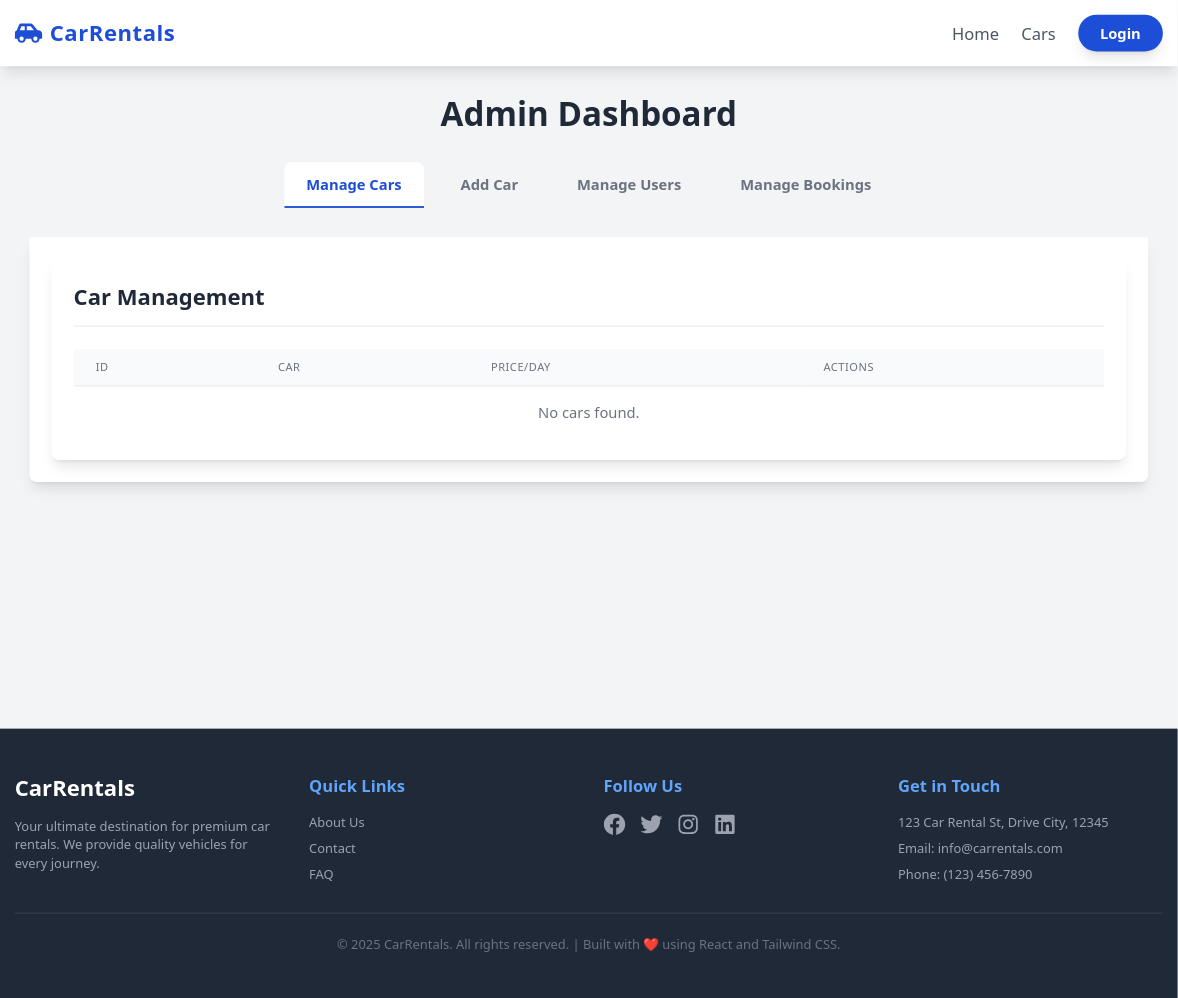
Repository: Daehy-peels/car-rental-app
Page: /admin (app in client/)
An editor plug-in stored every save of this project. The page is shown before and after the next save, followed by the edit.
The browser window is 1280 px wide. The pictures show the whole page, at 92% of full size.
The page's requests for data from a server got no answer. The project was rebuilt for these pictures with package versions that can differ from the ones it lists, and the page was loaded fresh each time. No one was signed in, and anything a server would have sent is missing. Also part of the build but not shown: client/vite.config.js, client/src/components/Hero.jsx, client/src/components/CarCard.jsx, client/src/components/CarReviews.jsx, client/src/components/CarDetail.jsx, client/src/components/FeaturedCars.jsx, client/src/components/Testimonials.jsx, client/src/components/CallToAction.jsx and 11 more.

Above is the page before, as saved 2025-08-24 13:35:34.

After the next save:
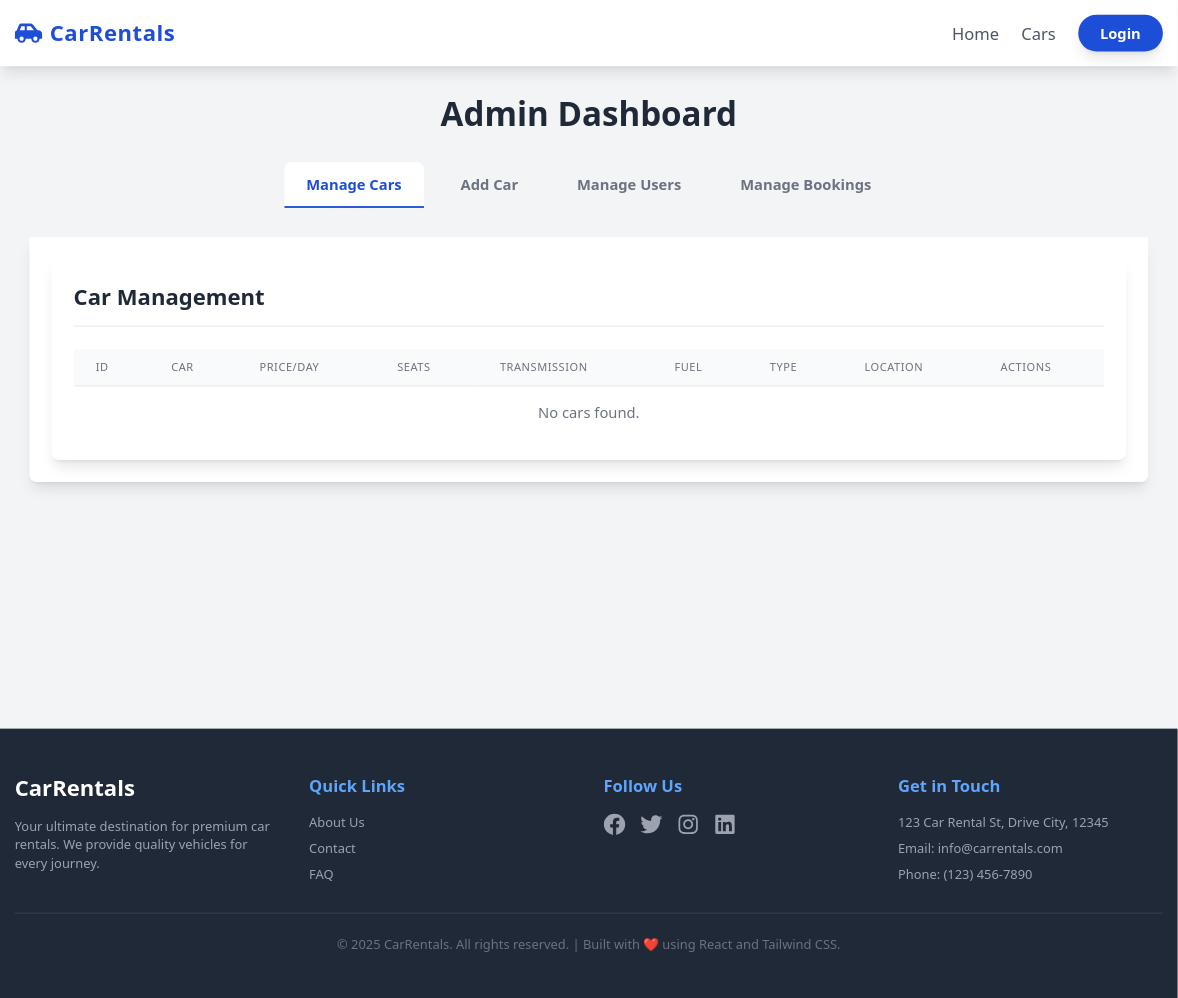
Saved 4 min 44 s later.
--- a/client/src/components/CarList.jsx
+++ b/client/src/components/CarList.jsx
@@ -1,6 +1,16 @@
 // src/components/CarList.jsx
 import React, { useState, useEffect } from "react";
-import { FaEdit, FaTrash, FaCarSide, FaTimes } from "react-icons/fa";
+import {
+  FaEdit,
+  FaTrash,
+  FaCarSide,
+  FaTimes,
+  FaUsers,
+  FaGasPump,
+  FaCog,
+  FaCar,
+  FaMapMarkerAlt,
+} from "react-icons/fa";
 import { fetchCars, deleteCar, updateCar } from "../services/api";
 import { toast } from "react-toastify";
 
@@ -33,10 +43,10 @@ const CarList = () => {
     if (window.confirm("Are you sure you want to delete this car?")) {
       try {
         await deleteCar(carId);
-        toast.success("Car deleted successfully!"); // Changed from alert()
+        toast.success("Car deleted successfully!");
         getCars();
       } catch (err) {
-        toast.error("Failed to delete the car."); // Changed from alert()
+        toast.error("Failed to delete the car.");
       }
     }
   };
@@ -52,15 +62,14 @@ const CarList = () => {
   const handleUpdate = async (updatedData) => {
     try {
       await updateCar(editingCar.car_id, updatedData);
-      toast.success("Car updated successfully!"); // Changed from alert()
+      toast.success("Car updated successfully!");
       setEditingCar(null);
       getCars();
     } catch (err) {
-      toast.error("Failed to update car."); // Changed from alert()
+      toast.error("Failed to update car.");
     }
   };
 
-  // Inline component for editing the car
   const CarEditForm = ({ car, onUpdate, onCancel }) => {
     const [formData, setFormData] = useState(car);
 
@@ -88,26 +97,32 @@ const CarList = () => {
           </button>
         </div>
         <form onSubmit={handleSubmit} className="space-y-4">
-          {Object.keys(formData).map((key) => (
-            <div key={key}>
-              <label
-                htmlFor={key}
-                className="block text-sm font-medium text-gray-700 capitalize"
-              >
-                {key.replace("_", " ")}
-              </label>
-              <input
-                type={
-                  key === "price_per_day" || key === "year" ? "number" : "text"
-                }
-                id={key}
-                name={key}
-                value={formData[key]}
-                onChange={handleChange}
-                className="mt-1 block w-full p-2 border border-gray-300 rounded-md shadow-sm focus:ring-primary focus:border-primary"
-              />
-            </div>
-          ))}
+          {Object.keys(formData).map((key) => {
+            if (key === "car_id" || key === "is_available") return null; // Exclude these fields from the form
+
+            return (
+              <div key={key}>
+                <label
+                  htmlFor={key}
+                  className="block text-sm font-medium text-gray-700 capitalize"
+                >
+                  {key.replace("_", " ")}
+                </label>
+                <input
+                  type={
+                    key === "price_per_day" || key === "year" || key === "seats"
+                      ? "number"
+                      : "text"
+                  }
+                  id={key}
+                  name={key}
+                  value={formData[key]}
+                  onChange={handleChange}
+                  className="mt-1 block w-full p-2 border border-gray-300 rounded-md shadow-sm focus:ring-primary focus:border-primary"
+                />
+              </div>
+            );
+          })}
           <div className="flex justify-end space-x-2">
             <button
               type="submit"
@@ -137,7 +152,6 @@ const CarList = () => {
     );
   }
 
-  // Conditionally render the edit form or the car list
   return (
     <div>
       {editingCar ? (
@@ -165,6 +179,21 @@ const CarList = () => {
                     Price/Day
                   </th>
                   <th className="px-6 py-3 text-left text-xs font-medium text-gray-500 uppercase tracking-wider">
+                    Seats
+                  </th>
+                  <th className="px-6 py-3 text-left text-xs font-medium text-gray-500 uppercase tracking-wider">
+                    Transmission
+                  </th>
+                  <th className="px-6 py-3 text-left text-xs font-medium text-gray-500 uppercase tracking-wider">
+                    Fuel
+                  </th>
+                  <th className="px-6 py-3 text-left text-xs font-medium text-gray-500 uppercase tracking-wider">
+                    Type
+                  </th>
+                  <th className="px-6 py-3 text-left text-xs font-medium text-gray-500 uppercase tracking-wider">
+                    Location
+                  </th>
+                  <th className="px-6 py-3 text-left text-xs font-medium text-gray-500 uppercase tracking-wider">
                     Actions
                   </th>
                 </tr>
@@ -187,6 +216,21 @@ const CarList = () => {
                       </td>
                       <td className="px-6 py-4 whitespace-nowrap text-sm text-gray-700">
                         ${car.price_per_day}
+                      </td>
+                      <td className="px-6 py-4 whitespace-nowrap text-sm text-gray-700">
+                        {car.seats}
+                      </td>
+                      <td className="px-6 py-4 whitespace-nowrap text-sm text-gray-700">
+                        {car.transmission}
+                      </td>
+                      <td className="px-6 py-4 whitespace-nowrap text-sm text-gray-700">
+                        {car.fuel_type}
+                      </td>
+                      <td className="px-6 py-4 whitespace-nowrap text-sm text-gray-700">
+                        {car.car_type}
+                      </td>
+                      <td className="px-6 py-4 whitespace-nowrap text-sm text-gray-700">
+                        {car.location}
                       </td>
                       <td className="px-6 py-4 whitespace-nowrap text-right text-sm font-medium space-x-2">
                         <button
@@ -208,7 +252,7 @@ const CarList = () => {
                   ))
                 ) : (
                   <tr>
-                    <td colSpan="4" className="text-center py-4 text-gray-500">
+                    <td colSpan="9" className="text-center py-4 text-gray-500">
                       No cars found.
                     </td>
                   </tr>
